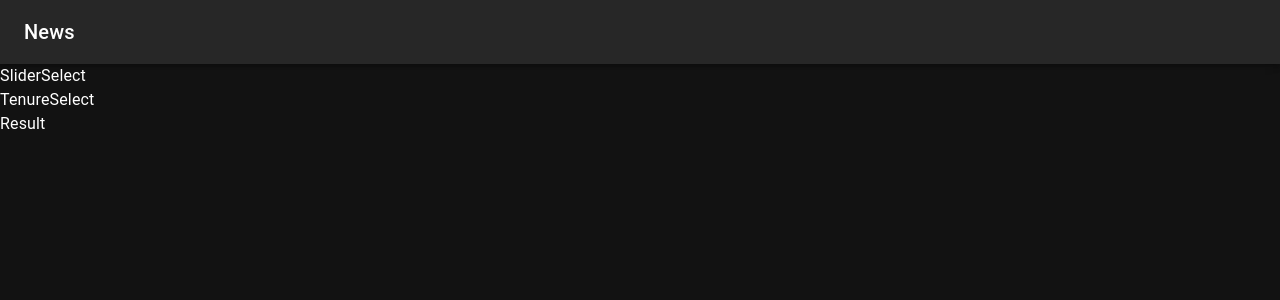
Repository: MikeeBuilds/mortgage-calculator
Page: /
An editor plug-in stored every save of this project. The page is shown before and after a run of saves, followed by the edit.
The browser window is 1280 px wide. The pictures show the whole page.
The project was rebuilt for these pictures with package versions that can differ from the ones it lists, and the page was loaded fresh each time.

Above is the page before, as saved 2023-04-03 16:53:36.

### src/index.js
import React from 'react';
import ReactDOM from 'react-dom/client';
import  CssBaseline  from '@mui/material/CssBaseline';
import { ThemeProvider, createTheme } from '@mui/material/styles';
import App from './App';
import reportWebVitals from './reportWebVitals';
import { theme } from './theme';

const root = ReactDOM.createRoot(document.getElementById('root'));
root.render(
  <React.StrictMode>
    <ThemeProvider theme={theme}>
      <CssBaseline />
    <App />
    </ThemeProvider>
  </React.StrictMode>
);

// If you want to start measuring performance in your app, pass a function
// to log results (for example: reportWebVitals(console.log))
// or send to an analytics endpoint. Learn more: https://bit.ly/CRA-vitals
reportWebVitals();

### src/App.js
import Navbar from "./components/Navbar";
import Result from "./components/Result";
import SliderSelect from "./components/SliderSelect";
import TenureSelect from "./components/TenureSelect";


function App() {
  return (
    <div className="App">
      <Navbar />
      <SliderSelect />
      <TenureSelect />
      <Result />
    </div>
  );
}

export default App;

### src/theme.js
import {  createTheme } from "@mui/material/styles";

export const theme = createTheme({
    palette: {
        mode: "dark",
    },
});

### src/components/Navbar.js
import React from 'react'
import AppBar from '@mui/material/AppBar'
import ToolBar from '@mui/material/Toolbar'
import Typography from '@mui/material/Typography'

const Navbar = () => {
  return (
    <AppBar position="static">
        <ToolBar>
            <Typography variant="h6" component="div" sx={{ flexGrow: 1 }}>
                News
            </Typography>
        </ToolBar>
    </AppBar>
  )
}

export default Navbar

### src/components/SliderSelect.js
import React from 'react'

const SliderSelect = () => {
  return (
    <div>SliderSelect</div>
  )
}

export default SliderSelect

### src/components/TenureSelect.js
import React from 'react'

const TenureSelect = () => {
  return (
    <div>TenureSelect</div>
  )
}

export default TenureSelect

Loaded but not shown: public/index.html (common file); src/reportWebVitals.js (common file); src/components/Result.js (common file)

After the next 2 saves:
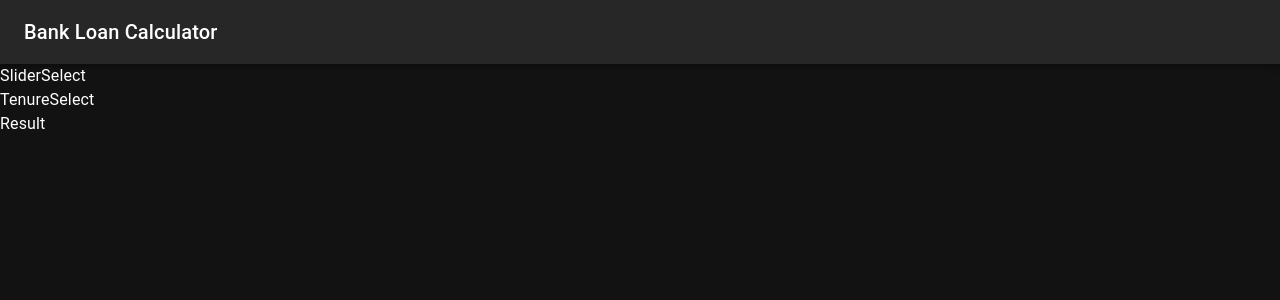
The 2 saves are shown as one change because they came seconds apart.
The last was saved 65 s later.
--- a/src/components/Navbar.js
+++ b/src/components/Navbar.js
@@ -8,7 +8,7 @@ const Navbar = () => {
     <AppBar position="static">
         <ToolBar>
             <Typography variant="h6" component="div" sx={{ flexGrow: 1 }}>
-                News
+                Bank Loan Calculator
             </Typography>
         </ToolBar>
     </AppBar>
